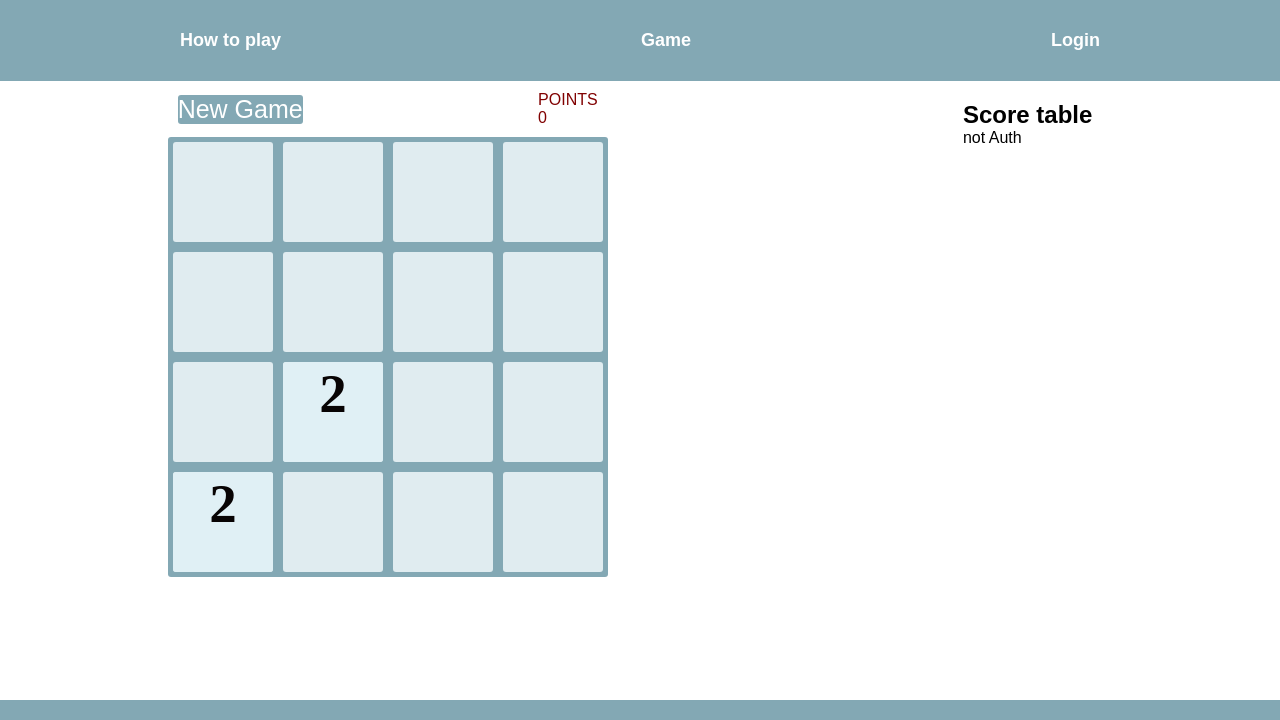
Repository: nika-otter/2048
Page: / (app in client/)
An editor plug-in stored every save of this project. The page is shown before and after the next save, followed by the edit.
The browser window is 1280 px wide. The pictures show the whole page.
The project was rebuilt for these pictures with package versions that can differ from the ones it lists, and the page was loaded fresh each time. Also part of the build but not shown: client/src/components/Login/LoginForm.js, client/src/pages/account/index.jsx, client/src/components/Game/GameOverlay.jsx, client/src/components/InstructionPage/InstructionPage.module.scss, client/src/components/HowToPlay/howtoplay.module.scss, client/src/components/HowToPlay/howtoplay.jsx, client/src/components/InstructionPage/InstructionPage.jsx, client/src/pages/Instruction/index.jsx and 4 more.

Above is the page before, as saved 2023-04-30 18:15:51.

### client/src/index.js
import React from "react";
import ReactDOM from "react-dom/client";
import "./index.css";
import App from "./App";
import { BrowserRouter } from "react-router-dom";
import Store from "./store/store";

const store = new Store();

export const Context = React.createContext({
  store,
});

const root = ReactDOM.createRoot(document.getElementById("root"));
root.render(
  <Context.Provider value={{ store }}>
    <BrowserRouter>
      <App />
    </BrowserRouter>
  </Context.Provider>
);

### client/src/index.css
* {
  box-sizing: border-box;
  margin: 0;
  padding: 0;
}
#root {
  width: 100vw;
  height: 100%;
}

body {
  /* background-color: #ffffff;
  display: flex;
  justify-content: center;
  align-items: center;*/
  /* height: 100vh; */
  height: 100%;
}
html {
  height: 100%;
}
code {
  font-family: source-code-pro, Menlo, Monaco, Consolas, "Courier New",
    monospace;
}

### client/src/App.js
import { useContext, useEffect, useState } from "react";
import "./App.css";
import LoginForm from "./components/Login/LoginForm";
import AppRouter from "./router/AppRouter";
import { Context } from "./index";
import { observer } from "mobx-react-lite";
import UserService from "./services/UserService";
function App() {
  // const { store } = useContext(Context);
  // const [users, setUsers] = useState([]);
  // useEffect(() => {
  //   if (localStorage.getItem("token")) {
  //     // console.log(localStorage.getItem("token"));
  //     store.checkAuth();
  //   }
  // }, []);

  // if (store.isLoading) {
  //   return <div>Loading...</div>;
  // }
  // async function getUsers() {
  //   try {
  //     const response = await UserService.fetchUsers();
  //     setUsers(response.data);
  //     console.log(response);
  //     setUsers(response.data);
  //   } catch {}
  // }
  return (
    <div className="App">
      <AppRouter />
      {/* <h1>{store.isAuth ? `User: ${store.user.email}` : "Not Auth"}</h1>
      <h1>
        {" "}
        {store.user.isActivated ? `Activated` : "Go and activate your email"}
      </h1>
      <button onClick={() => store.logout()}>Logout</button>
      <button onClick={getUsers}>Get users</button>
      {users.map((user) => (
        <div key={user.email}>{user.email}</div>
      ))}      */}
      {/* <LoginForm /> */}
    </div>
  );
}

export default observer(App);

### client/src/store/store.js
import { makeAutoObservable } from "mobx";
import AuthService from "../services/AuthService";
import axios from "axios";
import { API_URL } from "../http";
import UserService from "../services/UserService";

export default class Store {
  user = {};
  isAuth = false;
  isLoading = false;
  scores = {};
  constructor() {
    makeAutoObservable(this);
  }
  setAuth(bool) {
    this.isAuth = bool;
  }
  setUser(user) {
    this.user = user;
  }

  setLoading(bool) {
    this.isLoading = bool;
  }

  setScores(scores) {
    this.scores = scores;
  }

  async login(email, password) {
    console.log("login");
    try {
      const response = await AuthService.login(email, password);
      console.log(response);
      localStorage.setItem("token", response.data.accessToken);
      this.setAuth(true);
      this.setUser(response.data.user);
      console.log(response.data.user);
    } catch (e) {
      console.log(e.response?.data?.message);
    }
  }

  async registration(email, password) {
    try {
      const response = await AuthService.registration(email, password);
      console.log(response);
      localStorage.setItem("token", response.data.accessToken);
      this.setAuth(true);
      this.setUser(response.data.user);
    } catch (e) {
      console.log(e.response?.data?.message);
    }
  }

  async logout() {
    try {
      const response = await AuthService.logout();
      console.log(response);
      localStorage.removeItem("token", response.data.accessToken);
      this.setAuth(false);
      this.setUser({});
    } catch (e) {
      console.log(e.response?.data?.message);
    }
  }

  async checkAuth() {
    console.log("checkAuth");
    this.setLoading(true);
    try {
      const response = await axios.get(`${API_URL}/refresh`, {
        withCredentials: true,
      });
      console.log(response, "response checkAuth");
      console.log(
        response.data.accessToken,
        "response.data.accessToken checkAuth"
      );
      localStorage.setItem("token", response.data.accessToken);

      this.setAuth(true);
      this.setUser(response.data.user);
    } catch (e) {
      console.log(e.response?.data?.message);
    } finally {
      this.setLoading(false);
    }
  }

  async saveScore(email, score) {
    try {
      const response = await UserService.updateScore(email, score);
      //   this.scores = response.data.user.scores;
      console.log(response.data.user.scores);
    } catch (e) {
      console.log(e.response?.data?.message);
    }
  }
  async getScores(email) {
    this.setLoading(true);
    try {
      const response = await UserService.getScores(email);
      console.log(response, "response getScores store");
      this.setScores(response.data.user.scores);
      //   console.log(response.data.user.scores);
    } catch (e) {
      console.log(e.response?.data?.message);
    } finally {
      // this.setLoading(false);
    }
  }
}

### client/src/App.css
.App {
  /* position: relative; */
  display: flex;
  flex-direction: column;
  height: 100%;
  /* background-color: rgb(188, 121, 39); */
}
/* main {
  flex: 1 0 auto;
} */

### client/src/router/AppRouter.jsx
import { Routes, Route } from "react-router-dom";
import Account from "../pages/Account";
import Game from "../pages/Game";
import Instruction from "../pages/Instruction";
import Login from "../pages/Login";

const AppRouter = () => {
  return (
    <Routes>
      {/* <Route path="/game" element={<Game />} /> */}
      {/* <Route path="/account" element={<Account />} /> */}
      <Route path="/how-to-play" element={<Instruction />} />
      <Route path="/" element={<Game />} />
      <Route path="/login" element={<Login />} />
    </Routes>
  );
};

export default AppRouter;

### client/src/services/UserService.js
import $api from "../http";
export default class UserService {
  static fetchUsers() {
    return $api.get("/users");
  }

  static updateScore(email, score) {
    return $api.post(`/score`, { email, score });
  }

  static async getScores(email) {
    return $api.post(`/scores`, { email });
  }
}

### client/src/services/AuthService.js
import $api from "../http";
export default class AuthService {
  static async login(email, password) {
    return $api.post("/login", { email, password });
  }
  static async registration(email, password) {
    return $api.post("/registration", { email, password });
  }
  static async logout() {
    return $api.post("/logout");
  }
}

### client/src/http/index.js
import axios from "axios";

export const API_URL = "http://localhost:5000/api";

const $api = axios.create({
  withCredentials: true,
  baseURL: API_URL,
});

$api.interceptors.request.use((config) => {
  config.headers.Authorization = `Bearer ${localStorage.getItem("token")}`;
  return config;
});

$api.interceptors.response.use(
  (config) => {
    return config;
  },
  async (error) => {
    const originalRequest = error.config;
    if (
      error.response.status === 401 &&
      error.config &&
      !error.config._isRetry
    ) {
      originalRequest._isRetry = true;
      try {
        const response = await axios.get(`${API_URL}/refresh`, {
          withCredentials: true,
        });
        console.log(response, "response http");
        localStorage.setItem("token", response.data.accessToken);
        return $api.request(originalRequest);
      } catch (e) {
        console.log(e);
        console.log("НЕ АВТОРИЗОВАН");
      }
    }
    throw error;
  }
);
export default $api;

### client/src/pages/Game/index.jsx
import Header from "../../components/Header/Header";
import Footer from "../../components/Footer/Footer";
import GamePage from "../../components/GamePage/GamePage";

function Game() {
  return (
    <>
      <Header />
      <GamePage />
      <Footer />
    </>
  );
}

export default Game;

### client/src/components/Footer/Footer.jsx
import classes from "./Footer.module.scss";

function Footer() {
  return <footer className={classes.footer}></footer>;
}

export default Footer;

### client/src/components/Header/Header.jsx
import { Link } from "react-router-dom";
import classes from "./Header.module.scss";

function Header() {
  return (
    <header className={classes.header}>
      <Link className={classes.link} to="/how-to-play">
        How to play
      </Link>
      <Link className={classes.link} to="/">
        Game
      </Link>
      <Link className={classes.link} to="/login">
        Login
      </Link>
    </header>
  );
}

export default Header;

### client/src/components/GamePage/GamePage.jsx
import { Link } from "react-router-dom";
import classes from "./GamePage.module.scss";
import ScoreTable from "../ScoreTable/ScoreTable";
import BoardView from "../Game/Board";
import { observer } from "mobx-react-lite";
import { useContext, useEffect } from "react";
import { Context } from "../..";

function GamePage() {
  return (
    <main className={classes.main}>
      <div className={classes.gamepage}>
        <BoardView />
        <ScoreTable />
      </div>
    </main>
  );
}

export default observer(GamePage);

### client/src/components/Footer/Footer.module.scss
.footer {
  flex: 0 0 auto;
  height: 20px;
  background-color: rgb(131, 168, 180);
  width: 100%;
}

### client/src/components/Header/Header.module.scss
.header {
  display: flex;
  justify-content: space-around;
  background-color: #83a8b4;
  width: 100%;
}
.link {
  color: white;
  text-decoration: none;
  font-size: large;
  margin-top: 20px;
  margin-bottom: 20px;
  padding: 10px;
  font-weight: bold;
  border-radius: 5px;
  &:hover {
    color: rgb(106, 134, 144);
    background-color: rgb(255, 255, 255);
  }
}

### client/src/components/GamePage/GamePage.module.scss
.gamepage {
  display: flex;
  justify-content: space-around;
  //   background-color: aquamarine;
}
.main {
  flex: 1 0 auto;
}

### client/src/components/ScoreTable/ScoreTable.jsx
import { useContext, useEffect, useState } from "react";
import classes from "./ScoreTable.module.scss";
import { Context } from "../..";
import UserService from "../../services/UserService";
import { observer } from "mobx-react-lite";

function ScoreTable() {
  // const { store } = useContext(Context);
  // const [scores, setScores] = useState([]);

  // useEffect(() => {
  //   if (localStorage.getItem("token")) {
  //     console.log(localStorage.getItem("token"), "token from login index.jsx");
  //     store.checkAuth();
  //     getScores(store.user.email);
  //   }
  //   console.log(store.user.email, "store.user.email in ScoreTable.jsx");
  // }, []);

  // const getScores = async (email) => {
  //   console.log(email, "email in ScoreTable.jsx");
  //   try {
  //     const response = await UserService.getScores(email);
  //     setScores(response.data.scores, "response from getScores ScoreTable.jsx");
  //     console.log(response);
  //   } catch {
  //     console.log("Error");
  //   }
  // };
  // console.log(scores, "store.user in ScoreTable.jsx");

  const { store } = useContext(Context);
  // const [scores, setScores] = useState([]);
  // console.log(store.user.scores, "store.user from login index.jsx");
  useEffect(() => {
    if (localStorage.getItem("token")) {
      console.log(localStorage.getItem("token"), "token from login index.jsx");
      store.checkAuth();
    }
    console.log(store.user.email, "store.user.email in ScoreTable.jsx");
    // getScores(store.user.email);
  }, [store]);

  // async function getScores(email) {
  //   console.log(email, "email from getScores");
  //   try {
  //     const response = await UserService.getScores(email);
  //     // setUsers(response.data);
  //     console.log(response, "response from getScores");
  //     // console.log(response.data.data.user.scores, "response.data.user.scores");
  //     // setScores(response.data.scores);
  //   } catch (e) {
  //     console.log(e, "Error");
  //   }
  // }
  if (store.isLoading) {
    console.log(store.isLoading, "store.isLoading");
    return <div className={classes.loading}>Loading...</div>;
  }
  return (
    <div className={classes.scoretable}>
      <h2>Score table</h2>
      {/* <button onClick={() => getScores(store.user.email)}>Get scores</button> */}
      {/* {store.isAuth ? (
        scores.map((score) => <div key={score}>{score}</div>)
      ) : (
        <div>loading</div>
      )} */}
      <ul>
        {store.isAuth ? (
          store.user.scores
            .map((score) => ({
              score,
              id: Math.random(),
            }))
            .sort((a, b) => b.score - a.score)
            .map((item) => <li key={item.id}>{item.score}</li>)
        ) : (
          <div>not Auth</div>
        )}
      </ul>

      {/* <button onClick={getScores}>dddmdmd</button> */}

      {/* {scores.map((score) => (
        <div>{score}</div>
      ))} */}
    </div>
  );
}

export default observer(ScoreTable);

### client/src/components/Game/Board.jsx
import React, { useContext, useEffect, useState } from "react";
import Tile from "./Tile";
import Cell from "./Cell";
import { Board } from "../../helper";
import useEvent from "../../hooks/useEvent";
import GameOverlay from "./GameOverlay";
import "./Board.scss";
import { Context } from "../..";
import UserService from "../../services/UserService";
const BoardView = () => {
  const { store } = useContext(Context);
  const [board, setBoard] = useState(new Board());

  // useEffect(() => {
  //   const checkAuth = async () => {
  //     if (localStorage.getItem("token")) {
  //       console.log(localStorage.getItem("token"), "token from login index.jsx");
  //       await store.checkAuth();
  //     }
  //   };
  //   checkAuth();
  //   console.log(store.user.email, "store.user.email in ScoreTable.jsx");
  //   // getScores(store.user.email);
  // }, [resetGame]);

  const handleKeyDown = (event) => {
    if (board.hasWon()) {
      return;
    } //потім вернути треба

    if (event.keyCode >= 37 && event.keyCode <= 40) {
      let direction = event.keyCode - 37;
      let boardClone = Object.assign(Object.create(board), board);
      // let boardClone = Object.assign(
      //   Object.create(Object.getPrototypeOf(board)),
      //   board
      // ); // теж саме що і вище
      let newBoard = boardClone.move(direction);
      setBoard(newBoard);
    }
  };

  useEvent("keydown", handleKeyDown);

  const cells = board.cells.map((row, rowIndex) => {
    return (
      <div key={rowIndex}>
        {row.map((col, colIndex) => {
          return <Cell key={rowIndex * board.size + colIndex} />;
        })}
      </div>
    );
  }); //робить клітинки нічого серйозного

  const tiles = board.tiles
    .filter((tile) => tile.value !== 0)
    .map((tile, index) => {
      return <Tile tile={tile} key={index} />;
    });

  const saveScore = async (email, score) => {
    try {
      const response = await UserService.updateScore(email, score);
      console.log(response, "response from saveScore ");
    } catch {
      console.log("Error");
    }
  };
  const resetGame = async () => {
    console.log(
      store.user.email,
      board.score,
      "store.user.email board.score from BoardView.jsx"
    );
    await saveScore(store.user.email, board.score);
    setBoard(new Board());
    store.checkAuth();
  };

  return (
    <div>
      <div className="details-box">
        <div className="resetButton" onClick={resetGame}>
          New Game
        </div>
        <div className="score-box">
          <div className="score-header">POINTS</div>
          <div>{board.score}</div>
        </div>
      </div>
      <div className="board">
        {cells}
        {tiles}
        <GameOverlay onRestart={resetGame} board={board} />
      </div>
    </div>
  );
};

export default BoardView;

### client/src/components/ScoreTable/ScoreTable.module.scss
.scoretable {
  margin: 20px;
}
.loading {
  margin: 20px;
}

### client/src/components/Game/Tile.jsx
import React from "react";
// import classes from "./Board.scss";
import "./Board.scss";
// import "./styles.scss";

const Tile = ({ tile, id }) => {
  console.log("tile");
  let classArray = ["tile"];
  classArray.push("tile" + tile.value);
  if (!tile.mergedInto) {
    classArray.push(`position_${tile.row}_${tile.column}`);
  }
  if (tile.mergedInto) {
    classArray.push("merged");
  }
  if (tile.isNew()) {
    classArray.push("new");
  }

  if (tile.hasMoved()) {
    classArray.push(`row_from_${tile.fromRow()}_to_${tile.toRow()}`);
    classArray.push(`column_from_${tile.fromColumn()}_to_${tile.toColumn()}`);
    classArray.push("isMoving");
  }
  //   if (tile.isRandom()) {
  //     classArray.push("random");
  //   }

  let styles = classArray.join(" ");
  return <span className={styles}>{tile.value}</span>;
};

export default Tile;

### client/src/components/Game/Cell.jsx
import React from "react";

const Cell = ({ id }) => {
  return <span className="cell"></span>;
};

export default Cell;

### client/src/hooks/useEvent.jsx
import { useEffect } from "react";

export default function useEvent(event, handler, passive = false) {
  useEffect(() => {
    window.addEventListener(event, handler, passive);

    return function cleanUp() {
      window.removeEventListener(event, handler, passive);
    };
  });
}

### client/src/components/Game/Board.scss
// @font-face {
//   font-family: "Clear Sans";
//   src: url("../src/clear-sans.ttf") format("truetype");
// }

body {
  display: flex;
  //   background: rgb(2,0,36);
  // background: linear-gradient(90deg, rgba(2,0,36,1) 0%, rgba(87,64,124,1) 47%, rgba(0,212,255,1) 100%);
  //   color: white;
  // flex-direction: column;
  // justify-content: center;
  // align-content: center;
  // align-items: center;
  font-family: "Clear Sans", sans-serif;
  // font-size: 21px;
}

.text {
  // order: 2;
  // padding-top: 40px;
  // width: 440px;
  // font-weight: bold;
}
// main {
//   min-height: 90vh;
// }

// .wrapper {
//   display: flex;
//   flex-direction: column;
//   height: 100%;
// }
// .content {
//   flex: 1 0 auto;
// }
// .footer {
//   flex: 0 0 auto;
// }

.board {
  // order: 1;
  // display: inline-block;

  display: block;
  // justify-content: center;
  margin-left: auto;
  margin-right: auto;
  width: 440px;
  height: 440px;
  // padding: 5px; //вернути треба
  background-color: rgb(131, 168, 180);
  border-radius: 3px;
  // outline: none;
  position: relative;
}

// .board .cell,
// .tile {
//   // user-select: none;
//   // cursor: default;
// }

.details-box {
  display: flex;
  align-items: center;
  padding: 10px;
  justify-content: space-between;
}

.resetButton {
  background-color: rgb(131, 168, 180);
  color: rgb(255, 255, 255);
  cursor: pointer;
  font-size: 25px;
  // padding: 10px 20px;
  border-radius: 3px;
  transition: color 0.3s ease, background-color 0.3s ease;
  &:hover {
    background-color: rgb(131, 168, 180);
    color: rgba(255, 255, 255, 1);
  }
}

.score-header {
  font-size: 1rem;
}

.score-box {
  background-color: rgb(131, 168, 180) 6;
  color: rgb(129, 2, 2);
  // min-width: 50px;
  // width: 70px;
  // padding: 5px 15px;
  border-radius: 3px;
}

.cell,
.tile {
  // display: inline-block;
  width: 100px;
  height: 100px;
  margin: 5px;
  // line-height: 90px;
  display: inline-block;
  font-size: 55px;
  font-weight: bold;
  text-align: center;
  vertical-align: middle;
  border-radius: 3px;
  font-family: "Clear Sans";
  color: rgb(8, 4, 4);
  background-color: rgb(224, 236, 240);
}

.tile0 {
  background-color: rgb(238, 247, 249);
}

.tile2 {
  background-color: rgb(224, 240, 245);
  // background-image: url(./assets/img/2.gif);
}

.tile4 {
  background-color: rgb(199, 221, 228);
  // background-image: url(./assets/img/4.gif);
}

.tile8 {
  background-color: rgb(187, 212, 220);
  // background-image: url(./assets/img/8.gif);
}

.tile16 {
  background-color: rgb(171, 195, 203);
  // background-image: url(./assets/img/16.gif);
}

.tile32 {
  background-color: rgb(140, 165, 174);
  // background-image: url(./assets/img/32.gif);
}

.tile64 {
  background-color: rgb(116, 144, 153);
  // background-image: url(./assets/img/64.gif);
}

.tile128 {
  background-color: rgb(98, 125, 134);
  // background-image: url(./assets/img/128.gif);
}

.tile256 {
  background-color: rgb(71, 91, 98);
  // background-image: url(./assets/img/256.gif);
  font-size: 45px;
}

.tile512 {
  background-color: rgb(45, 68, 75);
  // background-image: url(./assets/img/512.gif);
  font-size: 45px;
}

.tile1024 {
  background-color: rgb(40, 68, 78);
  // background-image: url(./assets/img/1024.gif);
  font-size: 35px;
}

.tile2048 {
  position: absolute;
  background-size: contain;
  left: 0;
  right: 0;
  top: 0;
  bottom: 0;
  padding: 0px;
  background-color: rgb(12, 42, 52);
  // background-image: url(./assets/img/2048.gif);
  font-size: 35px;
}

.try-again {
  z-index: 10;
  height: 100px;
  width: 100px;
  // background-image: url(./assets/img/try-again.gif);
}

.tile {
  position: absolute;
}

.tile.merged {
  display: none;
}

// .tile.merged.isMoving {
//   display: inline;
// }

.tile.new {
  animation-duration: 0.3s;
  animation-name: newTile;
  animation-fill-mode: forwards;
  // animation-delay: 0.15s;
  transform: scale(0);
}
// .tile.random {
//   animation-duration: 3s;
//   animation-name: newTile;
//   animation-fill-mode: forwards;
//   // animation-delay: 0.15s;
//   transform: scale(0);
// }

@keyframes newTile {
  from {
    transform: scale(0);
  }
  to {
    transform: scale(1);
  }
}

// .overlay {
//   position: absolute;
//   top: 0px;
//   bottom: 0px;
//   display: flex;
//   flex-direction: column;
//   align-items: center;
//   justify-content: center;
//   text-align: center;
//   left: 0px;
//   right: 0px;
//   font-size: 55px;
//   font-weight: bolder;
//   border-radius: 7px;
// }

// .tryAgain {
//   background-color: #876;
//   color: #fff;
//   height: 40px;
//   width: 200px;
//   font-size: 20px;
//   font-weight: bold;
//   cursor: pointer;
//   border: none;
//   border-radius: 5px;
//   border: 2px solid white;
// }

// .gameOver {
//   background-size: contain;
//   background-image: url(./assets/img/game-over.gif);
//   position: absolute;
//   top: 0;
//   right: 0;
//   bottom: 0;
//   left: 0;
//   z-index: 100;
//   text-align: center;
// }

.overlay .message {
  color: #666;
}

@for $row from 0 through 3 {
  @for $column from 0 through 3 {
    .position_#{$row}_#{$column}:not(.isMoving) {
      top: 110px * $row;
      left: 110px * $column;
    }
  }
}

@for $fromRow from 0 through 3 {
  @for $toRow from 0 through 3 {
    $name: row_from_#{$fromRow}_to_#{$toRow};

    @if $fromRow == $toRow {
      .#{$name} {
        top: 110px * $toRow;
      }
    } @else {
      .#{$name} {
        animation-duration: 0.2s;
        animation-name: $name;
        animation-fill-mode: forwards;
      }

      @keyframes #{$name} {
        from {
          top: 110px * $fromRow;
        }
        to {
          top: 110px * $toRow;
        }
      }
    }
  }
}

@for $fromColumn from 0 through 3 {
  @for $toColumn from 0 through 3 {
    $name: column_from_#{$fromColumn}_to_#{$toColumn};

    @if $fromColumn == $toColumn {
      .#{$name} {
        left: 110px * $toColumn;
      }
    } @else {
      .#{$name} {
        animation-duration: 0.2s;
        animation-name: $name;
        animation-fill-mode: forwards;
      }

      @keyframes #{$name} {
        from {
          left: 110px * $fromColumn;
        }
        to {
          left: 110px * $toColumn;
        }
      }
    }
  }
}

Loaded but not shown: client/public/index.html (common file); client/src/helper/index.js (231 lines, source omitted)

After the next save:
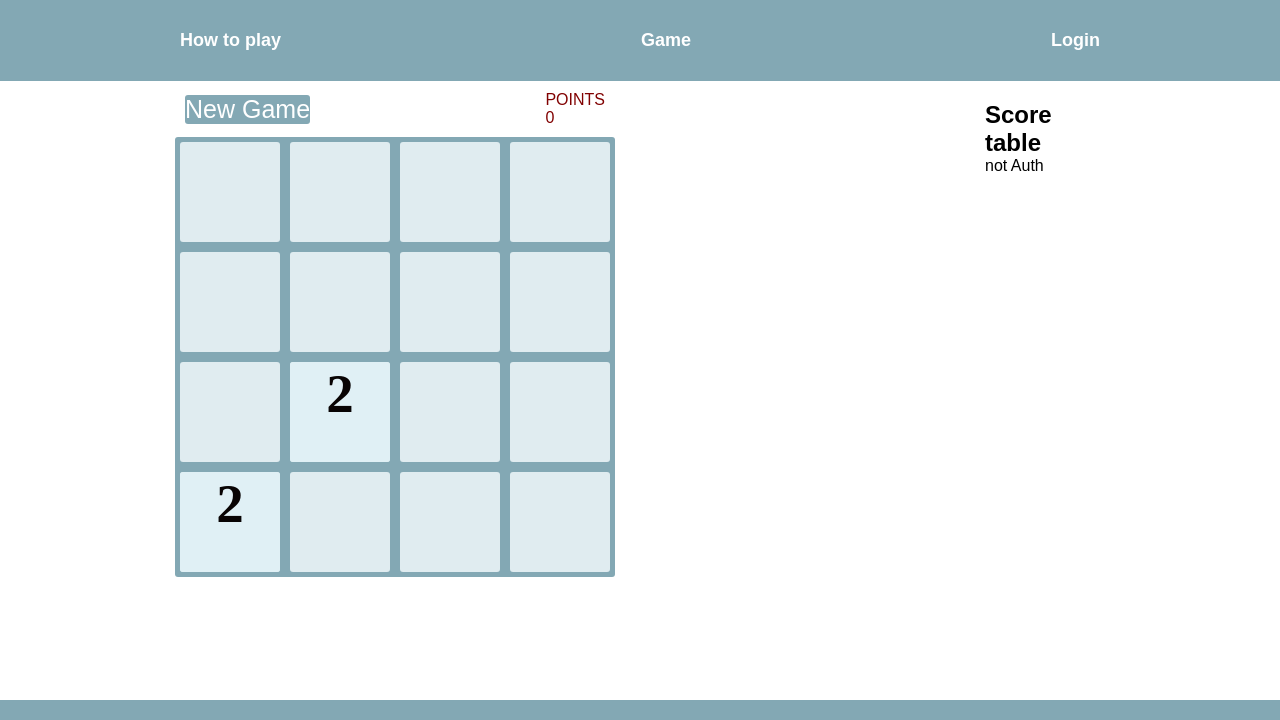
Saved 57 s later.
--- a/client/src/components/ScoreTable/ScoreTable.module.scss
+++ b/client/src/components/ScoreTable/ScoreTable.module.scss
@@ -1,6 +1,8 @@
 .scoretable {
   margin: 20px;
+  width: 100px;
 }
 .loading {
+  width: 100px;
   margin: 20px;
 }
